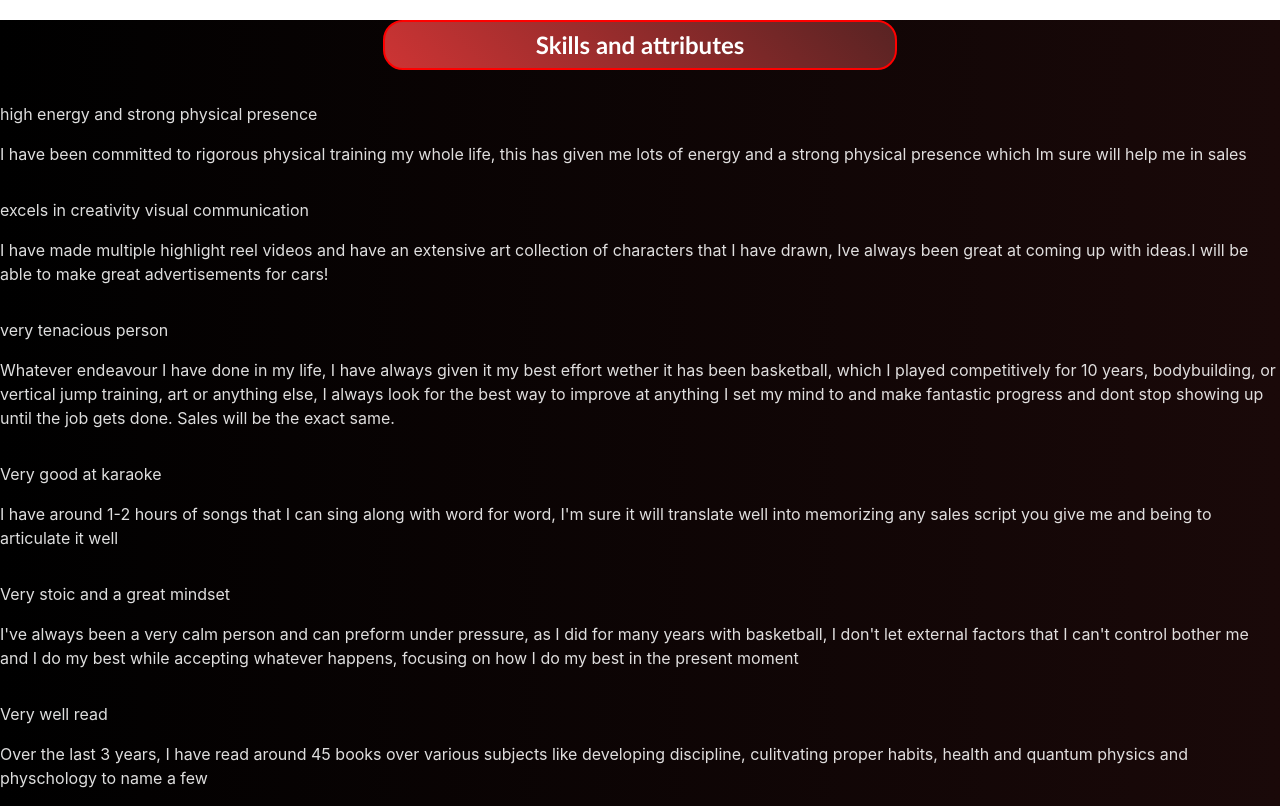
Repository: TMuse333/resume1
Page: /
The author's editor kept a copy of each file at every save. The page is drawn from the files as they stood at one save, then again after the next save.
The browser window is 1280 px wide. The pictures show the whole page.
The project was rebuilt for these pictures with package versions that can differ from the ones it lists, and the page was loaded fresh each time. Also part of the build but not shown: vite.config.js, src/components/navbar.jsx, src/components/about.jsx, src/components/contact.jsx, src/components/footer.jsx, src/components/experience.jsx, src/components/carousel.jsx, src/components/experienceCarousel.jsx and 4 more. Imported but missing from the stored project, and not drawn on this page: src/images/best_dunk.mp4.

Above is the page before, as saved 2023-10-18 15:05:19.

### index.html
<!doctype html>
<html lang="en">
  <head>
    <meta charset="UTF-8" />

    <meta name="viewport" content="width=device-width, initial-scale=1.0" />
    <title>Thomas Musial Resume 1</title>
  </head>
  <body>
    <div id="root"></div>
    <script type="module" src="/src/main.jsx"></script>
  </body>
</html>

### src/main.jsx
import './index.css'
import * as React from 'react';
import { StrictMode } from 'react';
import { createRoot } from 'react-dom/client';
import { BrowserRouter } from 'react-router-dom';

import App from './App';

const rootElement = document.getElementById('root');
const root = createRoot(rootElement);

root.render(
  <StrictMode>
    <BrowserRouter>
      <App />
    </BrowserRouter>
  </StrictMode>
);

### src/index.css
:root {
  font-family: Inter, system-ui, Avenir, Helvetica, Arial, sans-serif;
  line-height: 1.5;
  font-weight: 400;

  /* color-scheme: light dark; */
  color: rgba(255, 255, 255, 0.87);
  background-color: #242424;

  font-synthesis: none;
  text-rendering: optimizeLegibility;
  -webkit-font-smoothing: antialiased;
  -moz-osx-font-smoothing: grayscale;
  -webkit-text-size-adjust: 100%;
}

a {
  font-weight: 500;
/* color:black; */
  text-decoration: inherit;
}
a:hover {

}

body {
  margin: 0;
  display: flex;
  place-items: center;
  min-width: 320px;
  min-height: 100vh;
}

h1 {
  font-size: 3.2em;
  line-height: 1.1;
}

button {
  border-radius: 8px;
  border: 1px solid transparent;
  padding: 0.6em 1.2em;
  font-size: 1em;
  font-weight: 500;
  font-family: inherit;

  cursor: pointer;
  transition: border-color 0.25s;
}
button:hover {

}
button:focus,
button:focus-visible {

}

@media (prefers-color-scheme: light) {
  :root {
    /* color: #213547; */
    background-color: #ffffff;
  }
  a:hover {

  }
  button {
    background-color: #f9f9f9;
  }
}

### src/App.jsx
import { useState } from 'react'
import './App.css'
import {
  BrowserRouter as Router,

  Route, Routes

} from "react-router-dom";




import MainLayout from './components/MainLayout';

import { SkillProvider } from './context/context'
import FAQ from './components/FAQ';
import Progress from './components/progress';


function App() {
  return (
    <>

    <SkillProvider>
   <Routes>

      <Route path='/' element={<MainLayout/>}/>
     <Route path="/FAQ" element={<FAQ/>}/>
     <Route path="/progress" element={<Progress/>}/>
      </Routes>
      </SkillProvider>


   </>
  );
}

export default App;

### src/components/MainLayout.jsx
import React from 'react';
import Navbar from './navbar';
import About from './about';
import Skills from './skills';

import ContactForm from './contact';
import Footer from './footer';
import Carousel from './carousel';



import ExperienceCarousel from './experienceCarousel';
import BulletPointList from './bulletPointList';

 // Replace with the actual path to your Navbar component

function MainLayout({ children }) {
  return (
   <>
   {/* <Navbar/> */}
   {/* <About/> */}
   <Skills/>
   {/* <BulletPointList/> */}
  {/* <Carousel/> */}
    {/* <ExperienceCarousel/> */}
    {/* <ContactForm/> */}
    {/* <Footer/> */}
    </>


  );
}

export default MainLayout;

### src/context/context.jsx
// SkillContext.js

import React, { createContext, useContext, useState } from 'react';

// Create the SkillContext
const SkillContext = createContext();

// Create a custom hook for accessing the SkillContext
export function useSkillContext() {
  return useContext(SkillContext);
}

// Create the SkillProvider component
export function SkillProvider({ children }) {
  const [selectedSkillIndex, setSelectedSkillIndex] = useState(null);

  return (
    <SkillContext.Provider value={{ selectedSkillIndex, setSelectedSkillIndex }}>
      {children}
    </SkillContext.Provider>
  );
}

### src/components/skills.jsx
import React, { useEffect, useState } from 'react';
import { motion } from 'framer-motion';
import { attributes } from './skillDesc';

import { services } from './skillDesc';
import { useSkillContext } from '../context/context';

const Skills = () => {
  const [skillsInView, setSkillsInView] = useState(Array(services.length).fill(false));
  const { selectedSkillIndex, setSelectedSkillIndex } = useSkillContext();
  const [isHovered, setIsHovered] = useState(-1)
  const [isSkillDescriptionVisible, setIsSkillDescriptionVisible] = useState(Array(services.length).fill(false));


  const handleSkillClick = (index) => {
    setSelectedSkillIndex(index);
    console.log(selectedSkillIndex)

    setIsSkillDescriptionVisible((prev) => {
      const newIsSkillDescriptionVisible = [...prev];
      newIsSkillDescriptionVisible[index] = !prev[index];

      return newIsSkillDescriptionVisible;
    });
  };



  const handleHover = () => {
        setIsHovered(index)
  }


  const style = (index) =>( {

    height: selectedSkillIndex === index  && isSkillDescriptionVisible[index]? '375px' : '200px',
    transition: 'height 0.3s ease-in-out',
  })





  const staggerVariants = {
    visible: (index) => ({
      opacity: 1,
      x: 0,
       // Always start from the center
      transition: {
        duration:  + 0.5,
      },
    }),
    hidden: (index) => ({
      opacity: 0,
      x: -100, // Alternate between left and right
    }),
  };

  const skillStyles = (index) => ({
    // boxShadow: isHovered === index ? '0 0 100px rgba(10, 128, 0, 1)' : null,
    backgroundColor: isHovered === index ? 'rgba(305, 100, 100, 1)' : 'transparent',

    transform: isHovered === index ? 'scale(1.2)' : 'scale(1)',
    padding: '10px',
    borderRadius: '30px'

});

  useEffect(() => {
    const handleScroll = () => {
      services.forEach((skill, index) => {
        const skillsSection = document.getElementById(`skill-${index}`);
        if (skillsSection) {
          const { top} = skillsSection.getBoundingClientRect();


          const threshold = 100

          // Check if the skills section is in the viewport with the calculated threshold
          const isInView = top < window.innerHeight - threshold  ;
      //    console.log(`Skill ${index} - top: ${top}, window.innerHeight - threshold: ${window.innerHeight - threshold}, isInView: ${isInView}`);
          // Update the skillsInView array with the new in-view state
          setSkillsInView((prevSkillsInView) => {
            const newSkillsInView = [...prevSkillsInView];
            newSkillsInView[index] = isInView || prevSkillsInView[index]; // Update the state to true if already in view
            return newSkillsInView;
          });
        }
      });
    };

    // Add an event listener for scroll
    window.addEventListener('scroll', handleScroll);

    // Clean up the event listener when the component unmounts
    return () => {
      window.removeEventListener('scroll', handleScroll);
    };
  }, []);




  return (
    <section className="skills-section">
      <h2 className="section-title">Skills and attributes</h2>
      <div className="skills-container ">
        {attributes.map((skill, index) => (
         <div>
          <p>{skill.name}</p>
          <p>{skill.description}</p>
         </div>
        ))}
      </div>
    </section>
  );
};

export default Skills;

### src/components/skillDesc.js
import vegeta from '../images/vegeta-battle.png';
import majinVegeta from '../images/majin-vegeta.png'
import kakashi from '../images/kakashi-susanoo.jpg'
import abu from '../images/abu.png'
import obito from '../images/war_obito.jpg'
import ss1goku from '../images/ss1-goku.png'
import kakashi1 from '../images/first-kakashi.jpg'
import itachi1 from '../images/first-itachi.png'
import susanoo from '../images/susanoo.jpg'
import abuFlex from '../images/aboubacar-5-fire.png'
import vegeta1 from '../images/first-vegeta.png'
import abu1 from '../images/abu3.jpg'
import broly from '../images/broly.jpg'



import dunk from '../images/important_dunk.jpg'
import art from '../images/vegeta_progress.jpg'
import muscle from '../images/muscular_thomas.png'
import goku from '../images/goku-vs-jiren.jpg'

import smallTom from '../images/progress-pics/biggerTMuse.jpg'
import biggerTom from '../images/progress-pics/biggerTMuse.jpg'






export const experiences = [
  {
    title: 'Gym progress',
    description: 'Since the age of 13, I have been dedicated to building a strong body through weight training. '+
    'This has given me a high work capacity and how to deal with stress and work through it, which Im sure is an important skill for sales',
    image: muscle,
    height: 200,
    width: 30,
    maxWidth: 350,
    index:0


  },
  {
    title: 'Drawing progress',
    description: 'Ever since I was a young boy, I have been into drawing, it taught me how to really focus on a particular object and copy it detail for detail '+
    'I am sure I will be able to apply the focus and attention to detail into a sales career! Im sure it will also translate into creating useful and unique advertisements!',
    image: abuFlex,
    height: 50,
    width: 80,
    maxWidth: '300',
    index:1


  },
  {
    title: 'Dunking progress',
    description: "Wanting to ability to dunk for basketball, I dedicated myself to vertical jump training, "+
    "which took a lot more effort and planning than regular bodybuilding. "+
    "I will take the same structured approach to learning the art of sales!",
    image: dunk,
    height: 500,
    width: 250,
    maxWidth: '300',
    index:2

  },


]





  export const services = [
    {
      name: 'A very disciplined and focused individual',
      description: 'I live a very structured life to ensure that no precious time is wasted.'+
      'I always ensure to get around 2 to 4 hours of concentrated work with no distractions in a day while going to the gym first thing in the morning.'+
      ' while ending the day with an hour long meditation.'
    },
    // {
    //   name: 'Strong thirst for knowledge',
    //   description: 'I am always looking for new ways to improve my life and learn how the world works and why. '+
    //   'Over the last two years I have read approximately 45 books covering subjects on self development, psychology and quantum physics among other subjects '+
    //   "to try and understand the best way to navigate through life"
    // },
    // {
    //   name: 'Very calm individual and high stress tolerance',
    //   description: "As a very focused person, I dont let other meaningless external factors effect the primary objective."+
    //   'Through years of competitive basketball and years of weight lifting, I have learned how to preform under pressure situations '+
    //   'and complete the objective. I also practice stoicism and accept things the way they are and focus only on what I can control.'
    // },
    // {
    //   name: 'Very coachable',
    //   description:
    //   'Through out my basketball years I was very obidient to my coaches and did as I was told.'+
    //   'I will take whatever sales training you give me very seriously and do my best to implement it effectivley'
    // },
    // {
    //   name: 'Very tenacious',
    //   description: `Whatever task or subject I've taken on in my life, I have dedicated substantial periods of time to improve at it,` +
    //   'Whenever I put my mind to something I put all of my effort into it and made great improvements at it.'+
    //   " I am ready for sales to be the next thing I become great at."
    // },
    // {
    //   name: 'Competent with technology',
    //   description: 'I completed two years of computer science at Dalhousie university, giving me a solid foundation on how '+
    //   "to use technology. I even built this website myself!"
    // },
    // {
    //   name: 'Very well presented',
    //   description: 'I am aware that how you present yourself matters in a sales job '+
    //   "and I put substantial effort into my appearance by staying in great shape and putting together nice business orientated outfits on to be taken seriously"
    // },
    // {
    //   name: 'Thrives on diligence and hard work.',
    //   description: 'I am a man who is built to work, especially at my young age of 20 where I have large amounts of energy to expend.'+
    //   `I always put my best effort forward because I dislike being lazy and wasting all of my potential, as you only live once.` +
    //   'Where ever I go I put my best foot forward and do my best to gain the maximum benefit from anything I do'
    // },
    // Add more services here if needed
  ];


export const progress = [


  {
    name:'art progress',
    images:[
      {
        name:vegeta1,
        style: {
          width:'50vw',
          maxWidth: '400px',
          maxHeight: null,
          transform: 'translateY(25%)'
        }
      },

      {
        name:vegeta,
        style: {
          width:'50vw',
          maxWidth: '400px',
          maxHeight:'600px'
        }
      },
      {
        name:ss1goku,
        style: {
          width:'50vw',
          maxWidth: '400px',
          maxHeight: '454px',
          transform: 'translateY(25%)',
         // height:'454px'
        }
      },
      {
        name:broly,
        style: {
          width:'50vw',
          maxWidth: '400px',
          maxHeight:'600px'
        }
      },
      {
        name:kakashi1,
        style: {
          width:'50vw',
          maxWidth: '400px',
          maxHeight: null,
          transform: 'translateY(25%)'
        }
      },
      {
        name:kakashi,
        style: {
          width:'50vw',
          maxWidth: '400px',
          maxHeight:'600px'
        }
      },
      {
        name:abu1,
        style: {
          width:'50vw',
          maxWidth: '400px',
          maxHeight:'600px',
        //  height: '231px'
        }
      },
      {
        name:abuFlex,
        style: {
          width:'50vw',
          maxWidth: '400px',
          maxHeight:'600px',
          transform: 'translateY(20%)',
      //  height:'311px'
        }
      },

    ],
    description:
    'art is phenomenal'

  },

]


export const attributes = [
  {
    name: 'high energy and strong physical presence',
    description:'I have been committed to rigorous physical training my whole life, '+
    'this has given me lots of energy and a strong physical presence which Im sure will '+
    'help me in sales'
  },
  {
    name:'excels in creativity visual communication',
    description:'I have made multiple highlight reel videos and have an extensive art '+
    'collection of characters that I have drawn, Ive always been great at coming up with ideas.'+
    'I will be able to make great advertisements for cars!'
  },
  {
    name:'very tenacious person',
    description:'Whatever endeavour I have done in my life, I have always given it my best effort '+
    'wether it has been basketball, which I played competitively for 10 years, bodybuilding, or vertical jump training, art or '+
    'anything else, I always look for the best way to improve at anything I set my mind to and make fantastic progress and dont stop '+
    'showing up until the job gets done. Sales will be the exact same.'
  },
  {
    name:'Very good at karaoke',
    description:'I have around 1-2 hours of songs that I can sing along with word for word, '+
    "I'm sure it will translate well into memorizing any sales script you give me and being to articulate it well"
  },
  {
    name:'Very stoic and a great mindset',
    description:"I've always been a very calm person and can preform under pressure, as I did for many years "+
    "with basketball, I don't let external factors that I can't control bother me and I do my best while accepting whatever happens, "+
    "focusing on how I do my best in the present moment"
  },
  {
    name:'Very well read',
    description:'Over the last 3 years, I have read around 45 books over various subjects like developing discipline, culitvating proper habits, '
    +'health and quantum physics and physchology to name a few'
  }

]

Loaded but not shown: src/App.css (713 lines, source omitted)

After the next save:
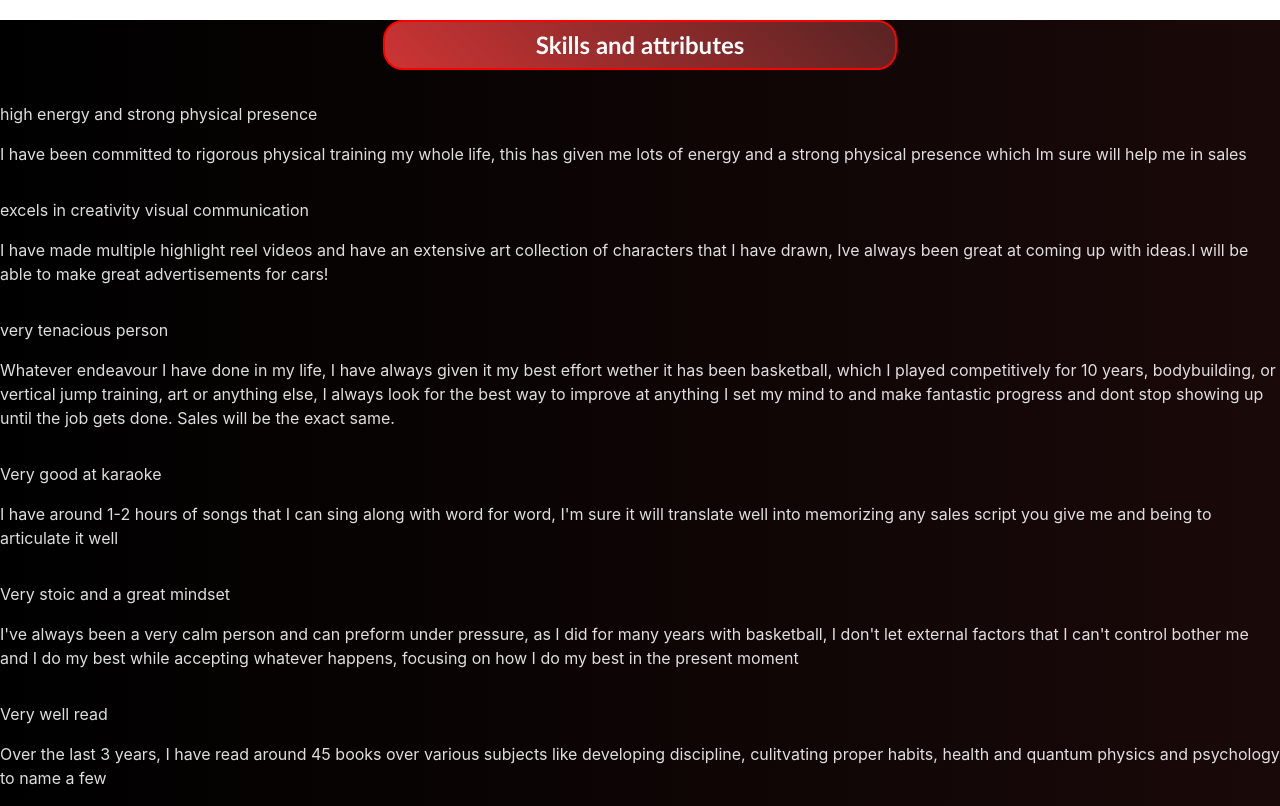
Saved 13 s later.
--- a/src/components/skillDesc.js
+++ b/src/components/skillDesc.js
@@ -245,7 +245,7 @@ export const attributes = [
   {
     name:'Very well read',
     description:'Over the last 3 years, I have read around 45 books over various subjects like developing discipline, culitvating proper habits, '
-    +'health and quantum physics and physchology to name a few'
+    +'health and quantum physics and psychology to name a few'
   }
 
 ]
